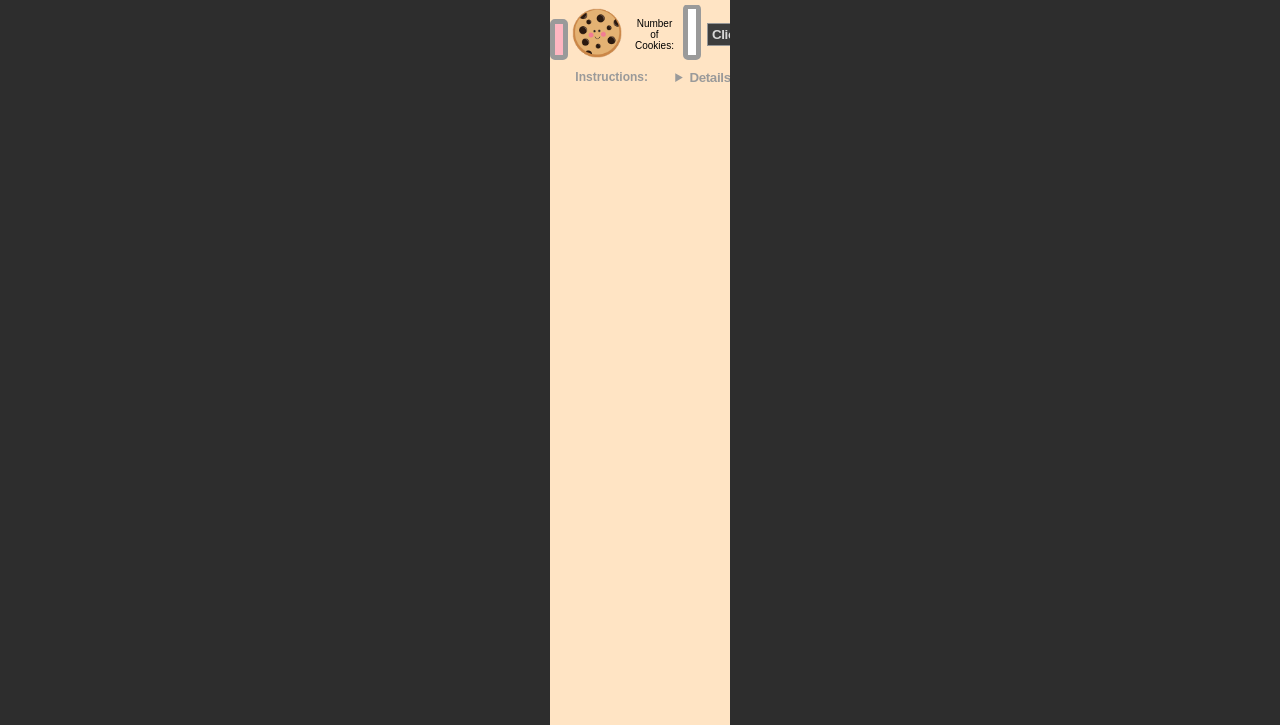
Repository: f00d4tehg0dz/elgato-streamdeck-cookie-clicker
Page: com.f00d4tehg0dz.cookieclicker.sdPlugin/cookieclicker.html
The author's editor kept a copy of each file at every save. The page is drawn from the files as they stood at one save, then again after the next save.
The browser window is 1280 px wide. The pictures show the whole page.

Above is the page before, as saved 2022-01-28 12:03:30.

### com.f00d4tehg0dz.cookieclicker.sdPlugin/cookieclicker.html
<!DOCTYPE html>
<html>

<head>
    <meta charset="utf-8"/>
    <title>com.f00d4tehg0dz.cookieclicker</title>
    <link rel="stylesheet" href="css/sdpi.css">
    <link rel="stylesheet" href="css/styles.css">
    <script src="js/jquery-3.3.1.js"></script>
    <script src="js/common.js"></script>

</head>

<body>
<div class="sdpi-wrapper">
    <div class="sdpi-item">
        <div id="cookieTitle"></div>
        <div id="cookie" onclick="cookieClick()">
            <img src="icon-animate.gif" width="50px"/>
        </div>
        <br>
        <p>Number of Cookies:</p>
        <div id="cookieNumbers"></div>
        <button class="sdpi-item-value" id="updateButton">Click</button>
    </div>
    <div class="sdpi-item">
        <div class="sdpi-item-label">Instructions</div>
        <details class="sdpi-item-value">
            <p>Click the cookie to make more cookies<br>
            Cookie Title upgrades as you reach cookie clicker milestones <br></p>
            <p>You can learn more about this plugin by visiting its Github
                page by <a
                        href="#"
                        onclick="openGithub()">clicking here.</a>
        </details>
    </div>
</div>

<script>
    let uuid = "",
        actionName = "";

    if ($SD) {
        $SD.on('connected', function (jsonObj) {
            uuid = jsonObj['uuid'];
            if (jsonObj.hasOwnProperty('actionInfo')) {
                actionName = jsonObj.actionInfo.action;
            }
            let settings = $SD.actionInfo.payload.settings;
        });
    }

    $(document).ready(function () {

        $("#updateButton").click(function () {
            // Sending the saved settings to the plugin from property inspector.

            if ($SD && $SD.connection) {
                let payload = {};
                payload.updateClick = updateClick;

                $SD.api.sendToPlugin(uuid, actionName, payload);
            }
        });
        function openGithub() {
            $SD.api.openUrl($SD.actionInfo.context, "https://github.com/f00d4tehg0dz/Doge-Coin-Plugin-for-Eglato-Streamdeck")
    }
    });

</script>

</body>

</html>

### com.f00d4tehg0dz.cookieclicker.sdPlugin/css/styles.css
body {
  padding-top: 5px;
  font-family: Arial;
  background-color: bisque;
  margin: auto;
  text-align: center;
  width:180px;
}

p {
  font-size: 10px;
  color: black;
  display: block;
  margin: 5px;
}

#cookieNumbers {
  margin: auto;
  text-align:center;
  padding-top: 20px;
  margin-bottom: 5px;
  font-size: 10px;
  border:5px solid;
  border-radius:5px;
  background-color:white;
  height:25px;
}

#cookieTitle {
  margin: auto;
  text-align:center;
  padding-top: 5px;
  margin-bottom: 5px;
  font-size: 10px;
  border:5px solid;
  border-radius:5px;
  background-color:lightpink;
  height:25px;
}

Loaded but not shown: com.f00d4tehg0dz.cookieclicker.sdPlugin/js/jquery-3.3.1.js (library); com.f00d4tehg0dz.cookieclicker.sdPlugin/js/common.js (1200 lines, source omitted); com.f00d4tehg0dz.cookieclicker.sdPlugin/css/sdpi.css (1482 lines, source omitted)

After the next save:
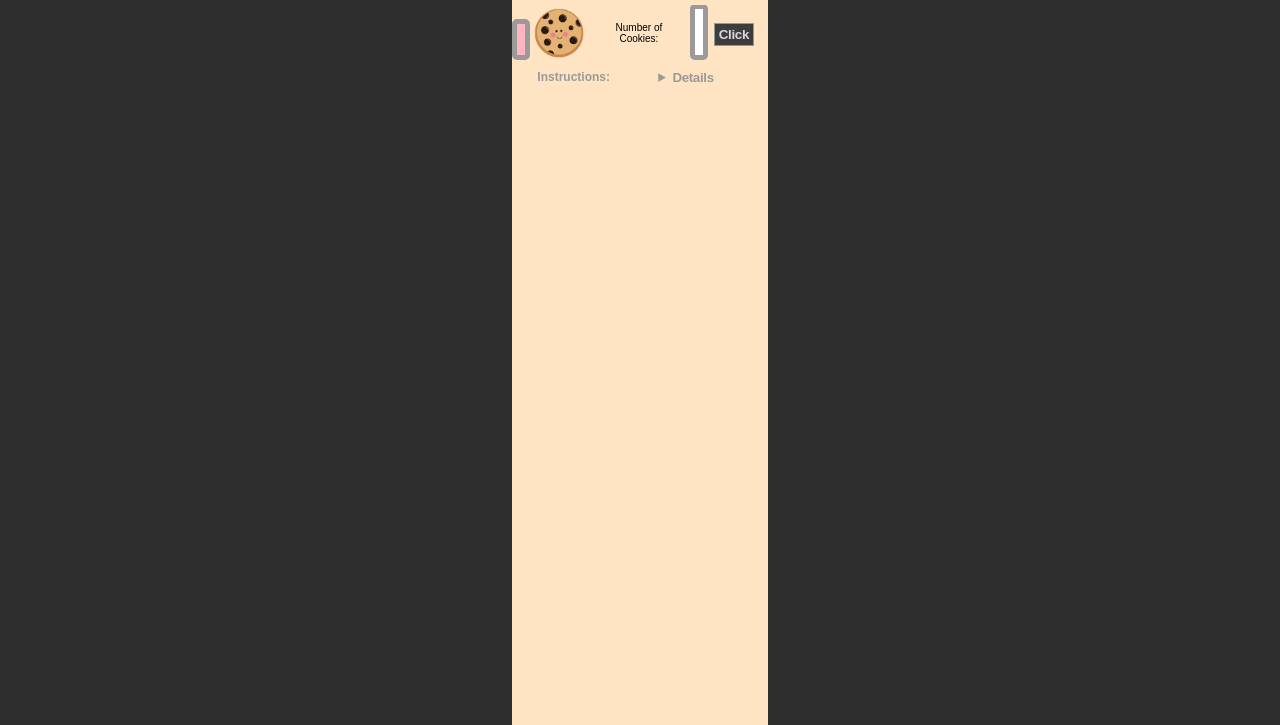
Saved 39 s later.
--- a/com.f00d4tehg0dz.cookieclicker.sdPlugin/css/styles.css
+++ b/com.f00d4tehg0dz.cookieclicker.sdPlugin/css/styles.css
@@ -4,7 +4,7 @@ body {
   background-color: bisque;
   margin: auto;
   text-align: center;
-  width:180px;
+  width:256px;
 }
 
 p {
